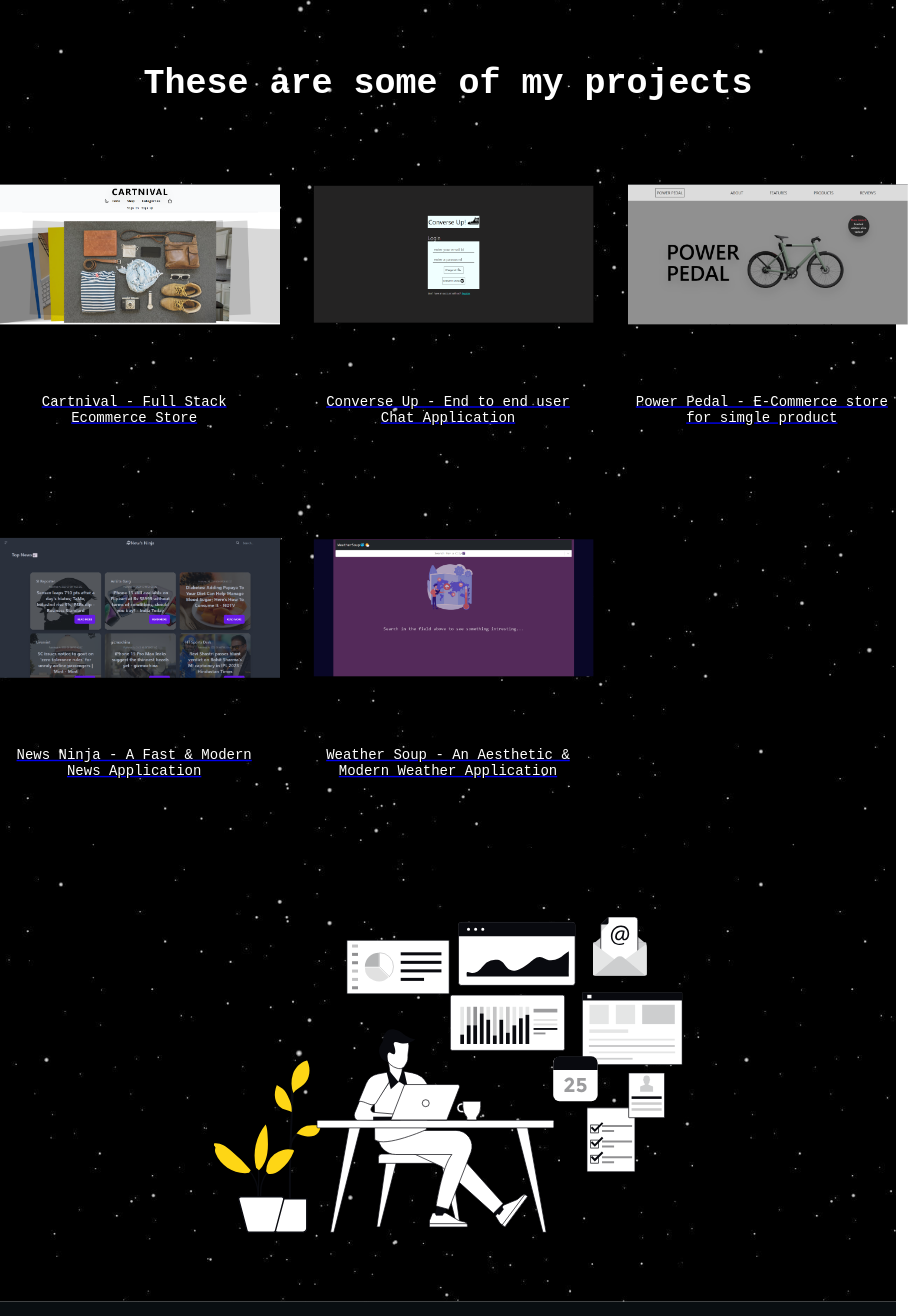
Repository: punitbathija/portfolio
Page: index.html
An editor plug-in stored every save of this project. The page is shown before and after the next save, followed by the edit.
The browser window is 1280 px wide. The page is 1297 px wide, so the pictures cover 1297 px, including what lies to the right of the window. The pictures show the part of the page from y = 699 to 2579 px (the page is 3209 px tall), at 70% of full size.
Some web libraries are served in a nearby version.

Above is the page before, as saved 2023-05-09 17:58:04.

### index.html
<!DOCTYPE html>
<html lang="en">
<head>
    <meta charset="UTF-8">
    <meta http-equiv="X-UA-Compatible" content="IE=edge">
    <meta name="viewport" content="width=device-width, initial-scale=1.0">
    <title>Portfolio</title>
    <link rel="stylesheet" href="style.css">
    <link rel="stylesheet" href="https://use.fontawesome.com/releases/v5.8.2/css/all.css" integrity="sha384-oS3vJWv+0UjzBfQzYUhtDYW+Pj2yciDJxpsK1OYPAYjqT085Qq/1cq5FLXAZQ7Ay" crossorigin="anonymous">
    <link href="https://fonts.googleapis.com/css?family=Poppins:200i,300,400&amp;display=swap" rel="stylesheet">
</head>
<body>

<nav id="navbar">
        <ul id="navul">
            <li>
                <a href="#welcome-section" >About</a>
            </li>
            <li>
                <a href="#projects">Projects</a>
            </li>
            <li>
                <a href="#contact">Connect</a>
            </li>
        </ul>
    </nav>
    <section id="welcome-section">
        <div class="divide">
        <img src="./assets/design.gif" alt=""  class="dev">
        <h1>Hi,<br>
            I'm <span class="p">P</span>unit</h1>
    </div>
        <div class="hero">
        <img src="./assets/reshot-icon-code-X9J28UENTL.svg" alt="" class="code">
        <p id="ab"> A front-end developer</p>
        </div>
        <p class="fact" id="fact">⚡Amazing Fact my first words were <span class="cyan">" <button class="tap" id="reveal"></span>Tap to reveal</button> "</p>
    </section>
    <section id="projects">
        <h2 id="projects-header">These are some of my projects</h2>
        <div id="project-grid">
            <a href="https://cartnival.netlify.app/" target="_blank" class="project-tile">
                <img class="project-image" src="./assets/cartnival.png" alt="project">
             <p class="project-title">
                Cartnival - Full Stack Ecommerce Store</p>
            </a>
            <a href="https://converseup.netlify.app/" target="_blank" class="project-tile">
                <img class="project-image" src="./assets/Coverse Uo.png" alt="project">
             <p class="project-title">
                Converse Up - End to end user Chat Application</p>
            </a>
            <a href="https://power-pedal.vercel.app/" target="_blank" class="project-tile">
                <img class="project-image" src="./assets/powerpedal.png" alt="project">
             <p class="project-title">
                Power Pedal - E-Commerce store for simgle product</p>
            </a>

            <a href="https://news-ninja.vercel.app/" target="_blank" class="project-tile">
                <img class="project-image" src="./assets/newsninja'.png" alt="project">
             <p class="project-title">
                News Ninja - A Fast & Modern News Application</p>
            </a>


            <a href="https://weathersoup.netlify.app/" target="_blank" class="project-tile">
                <img class="project-image" src="./assets/weathersoup.png" alt="project">
             <p class="project-title">
                Weather Soup - An Aesthetic & Modern Weather Application</p>
            </a>
       </div>
    </section>
<div class="animation">
<img src="./assets/hero.svg" alt="">
</div>
<section id="contact" class="contact-section">
    <h1 id="con">Let's Work together...</h1>
    <p id="tagl">how do you take your coffee?</p>
    <img src="./assets/reshot-icon-plastic-coffee-cup-FBSWJ874DV.svg" alt="coffee" class="coffee">
    <div class="contact-link">
        <a href="https://github.com/punitbathija" target="_blank" class="btn-con-dtl" id="profile-link">
            <i class="fab fa-github"></i>
             GitHub
        </a>
        <a href="https://twitter.com/PunitBathija?t=qo0yAGF4x_bwsNcVdkM-gg&s=08" target="_blank" class="btn-con-dtl" id="profile-link">
            <i class="fab fa-twitter-square"></i>
             Twitter
        </a>
        <a href="https://twitter.com/PunitBathija?t=qo0yAGF4x_bwsNcVdkM-gg&s=08" target="_blank" class="btn-con-dtl" id="profile-link">
            <i class="fa-brands fa-linkedin-in"></i>
            Linked In
        </a>
        <a href="https://www.facebook.com/punit.bathija.1" target="_blank" class="btn-con-dtl" id="profile-link">
            <i class="fab fa-facebook-square"></i>
             Facebook
        </a>
        <a href="mailto: punitbathija@gmail.com" target="_blank" class="btn-con-dtl" id="profile-link">
            <i class="fas fa-at"></i>
             Send an email
        </a>
        <a href="tel: +91 8080110389" target="_blank" class="btn-con-dtl" id="profile-link">
            <i class="fas fa-mobile-alt"></i>
             Call us at
        </a>
    </div>
</section>
<script src="./index.js"></script>
</body>
</html>

### style.css
*{
    font-family: monospace;
    cursor: default;
}
body{
    margin: 0;
    padding: 0;
}#navbar
{

    display: flex;
    justify-content: flex-end;
    padding: 10px;
    position: fixed;
    height: 60px;
    top: 0;
    left: 0;
    width: 100%;
    background-color:#00af9c;
}
#navul
{
    display: flex;
}
li
{
    display: block;
    font-size: 26px;
    padding: 12px;
}
#navul a
{
    color: white;
    font-family: monospace;
    font-weight: bolder;
    text-decoration: none;
    font-size: 22px;
}

#navul a:hover
{
    color: white;
    font-family: monospace;
    font-weight: bolder;
    font-size: 22px;
    text-decoration: underline;
}

#welcome-section
{
    background-image: url(./assets/bg.jpg);
    display: flex;
    flex-direction: column;
    justify-content: center;
    align-items: center;
    width: 100%;
    height: 100vh;
}

.divide{
    display: flex;
    gap: 50px;
}

.hero{
    display: flex;
    justify-content: space-around;
    gap: 50px;
}
h1
{
    font-family: monospace;
    font-size: 85px;
    color: white;
    cursor:default;
}
h1:hover{
    text-decoration: underline;
    color: #00af9c;
}

.p{
    color: #00af9c;
}

.p:hover{
    color: white;
}
#ab
{

    font-family: monospace;
    font-size: 35px;
    color: #00af9c;
    cursor:default;
}

#ab:hover{
    text-decoration: underline;
    color: white;
}

#projects
{
    background-image: url(./assets/bg.jpg);
    display: flex;
    flex-direction: column;
    justify-content: center;
    align-items: center;
}
#projects-header
{
    font-family: monospace;
    font-size: 50px;
    color: white;
    margin-top: 70px;
    margin-bottom: 40px;
    text-decoration: none;
    list-style: none;
}
#project-grid
{
    display: grid;
    grid-template-columns: repeat(auto-fit, minmax(320px, 1fr));
    grid-gap: 5rem;
    width: 100%;
    max-width: 1280px;
    margin: 0 auto;
    margin-bottom: 6rem;
  }

.project-image

  {
    height: 350px;
    width: 400px;
    object-fit: contain;
    background: var(--main-blue);
    border-radius: 15px;
  }


.project-title
{
    font-family: monospace;
    color: white;
    font-size: 20px;
    text-align: center;
}
#contact
{
        display: flex;
        flex-direction: column;
        justify-content: center;
        align-items: center;
        text-align: center;
        width: 100%;
        height: 90vh;
    background-color: #090e11;

}
#con
{
    font-family: monospace;
    font-size: 55px;
    color: white;
}
#tagl
{
    font-family: monospace;
    font-size: 35px;
    color: #00af9c;

}
i
{
    font-size: large;
    color:white;
    padding: 25px;
}
#profile-link
{
    color:white;
    font-family: monospace;
    font-weight: bolder;
    font-size: 16px;
}

.code{
    width: 100px;

}

.coffee{
    height: 150px;
    width: 150px;
}

.animation{
    height: 90vh;
    background-image: url(./assets/bg.jpg);
    display: flex;
    justify-content: center;
    align-items: center;
    margin: auto;
}

.dev{
    width: 300px;
}

@media screen and (max-width:415px){
    .navulcd{
        display: flex;
        flex-direction: column;
    }
}
.fact{
    color: white;
    font-size: 25px;
    font-weight: bold;
    background-color: #090e11;
}

.cyan{
    color: #00af9c;
}

.tap{
    background-color: transparent;
    color:#00af9c;
    border: 1px solid white;
    font-size: 25px;
    background-color: #090e11;
}

### index.js
let reveal = document.getElementById("reveal");

reveal.addEventListener("click", function populateFact() {
  reveal.innerHTML = "Hello World";
  setInterval(() => {
    reveal.innerHTML = "Tap to reveal";
  }, 5000);
});

After the next save:
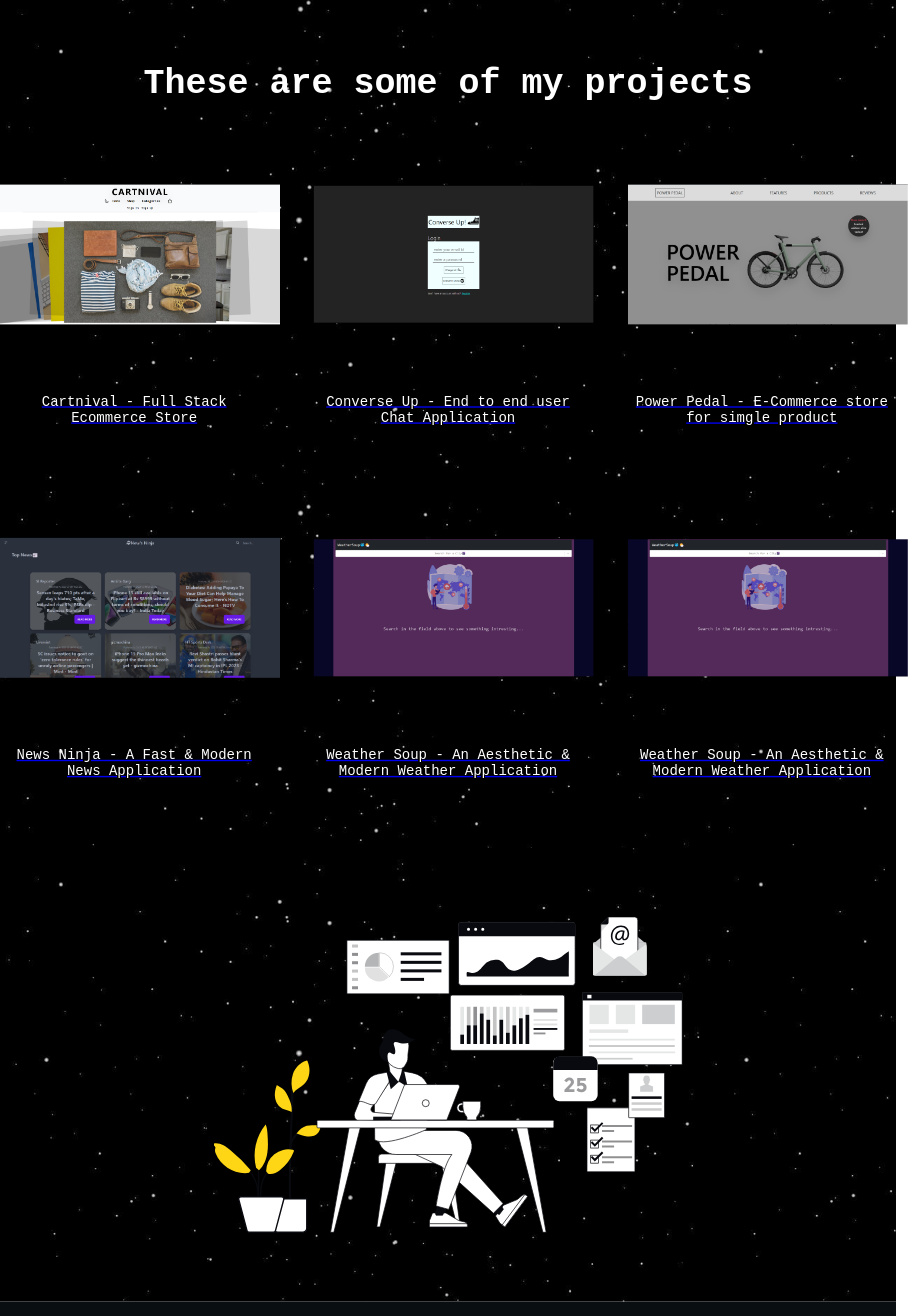
Saved 2 min 28 s later.
--- a/index.html
+++ b/index.html
@@ -67,7 +67,13 @@
              <p class="project-title">
                 Weather Soup - An Aesthetic & Modern Weather Application</p>
             </a>
-       </div>
+
+            <a href="https://weathersoup.netlify.app/" target="_blank" class="project-tile">
+                <img class="project-image" src="./assets/weathersoup.png" alt="project">
+             <p class="project-title">
+                Weather Soup - An Aesthetic & Modern Weather Application</p>
+            </a>
+        </div>
     </section>
 <div class="animation">
 <img src="./assets/hero.svg" alt="">
